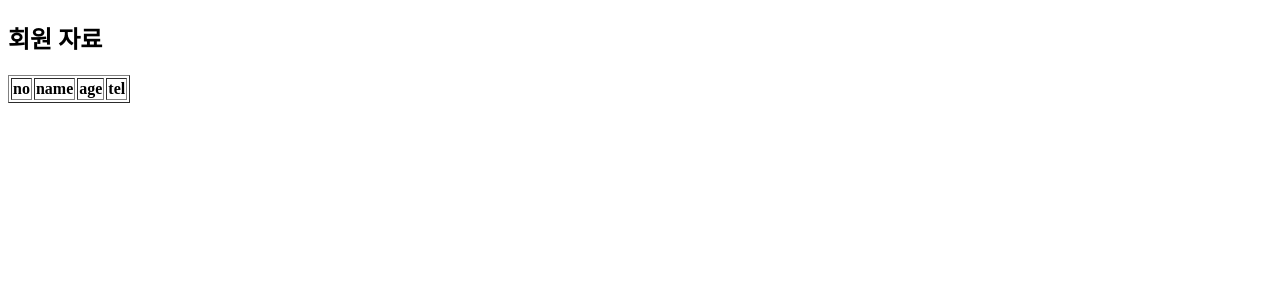
Repository: offbr/Spring
Page: http://localhost/spring_restful/member
These files come from the project's save history. The page is drawn as it stood at one moment and after the next save; the edit follows.
The browser window is 1280 px wide. The pictures show the whole page.
The page is served by Tomcat 9. Other server files are loaded and not shown. Queries for data that is not in the repository find no rows.

Above is the page before, as saved 2016-10-18 06:47:47.

### spring_restful/src/main/webapp/WEB-INF/view/list.jsp
<%@ page language="java" contentType="text/html; charset=UTF-8"
    pageEncoding="UTF-8"%>
<%@ taglib prefix="c" uri="http://java.sun.com/jsp/jstl/core" %>
<%@ taglib prefix="form" uri="http://www.springframework.org/tags/form" %>
<!DOCTYPE html>
<html>
<head>
<meta http-equiv="Content-Type" content="text/html; charset=UTF-8">
<title>Insert title here</title>
</head>
<body>
<h2>회원 자료</h2>
<table border="1">
	<tr><th>no</th><th>name</th><th>age</th><th>tel</th></tr>
</table>
</body>
</html>

### spring_restful/src/main/java/pack/model/MemberImpl.java
package pack.model;

import java.sql.ResultSet;
import java.sql.SQLException;
import java.util.List;

import org.springframework.beans.factory.annotation.Autowired;
import org.springframework.jdbc.core.BeanPropertyRowMapper;
import org.springframework.jdbc.core.JdbcTemplate;
import org.springframework.jdbc.core.RowMapper;
import org.springframework.stereotype.Repository;

@Repository
public class MemberImpl implements MemberInter{
	@Autowired
	private JdbcTemplate template;

	@Override
	public List<MemberDto> getList() {
		String sql = "select * from mymember";
		List<MemberDto> list = template.query(sql, new RowMapper<MemberDto>(){
			@Override
			public MemberDto mapRow(ResultSet rs, int row) throws SQLException {
				MemberDto dto = new MemberDto();
				dto.setNo(rs.getString("no"));
				dto.setName(rs.getString("name"));
				dto.setAge(rs.getString("age"));
				dto.setTel(rs.getString("tel"));
				return dto;
			}
		});
		return list;
	}

	@Override
	public void insert(MemberDto dto) {
		String sql = "insert into mymember values(?,?,?,?)";
		Object[] args = {dto.getNo(), dto.getName(), dto.getAge(), dto.getTel()};
		template.update(sql, args);
	}

	@Override
	public void update(MemberDto dto) {
		String sql = "update mymember set name=?,age=?,tel=? where no=?";
		template.update(sql, dto.getName(), dto.getAge(), dto.getTel(), dto.getNo());
	}

	@Override
	public void delete(String no) {
		String sql = "delete from mymember where no=?";
		template.update(sql, no);
	}

	@Override
	public MemberDto getData(String no) {
		String sql = "select * from mymember where no=?";
		BeanPropertyRowMapper<MemberDto> mapper = new BeanPropertyRowMapper<MemberDto>(MemberDto.class);
		MemberDto dto = (MemberDto)template.queryForObject(sql, mapper);
		return dto;
	}


}

After the next save:
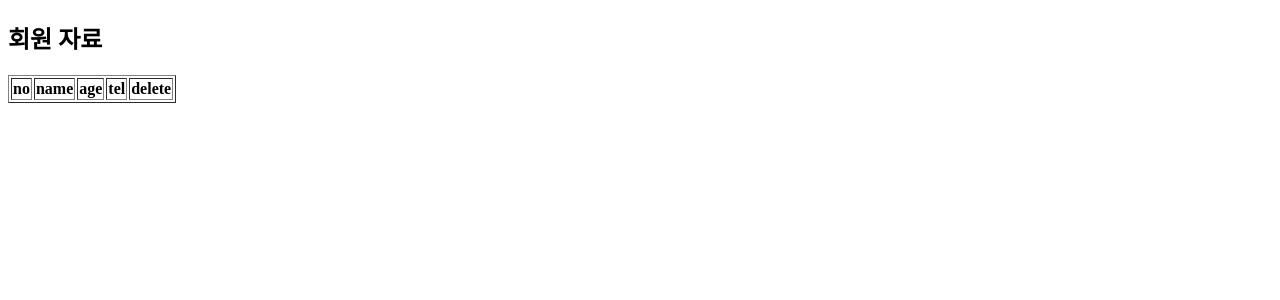
Saved 7 s later.
--- a/spring_restful/src/main/webapp/WEB-INF/view/list.jsp
+++ b/spring_restful/src/main/webapp/WEB-INF/view/list.jsp
@@ -11,7 +11,7 @@
 <body>
 <h2>회원 자료</h2>
 <table border="1">
-	<tr><th>no</th><th>name</th><th>age</th><th>tel</th></tr>
+	<tr><th>no</th><th>name</th><th>age</th><th>tel</th><th>delete</th></tr>
 </table>
 </body>
 </html>
